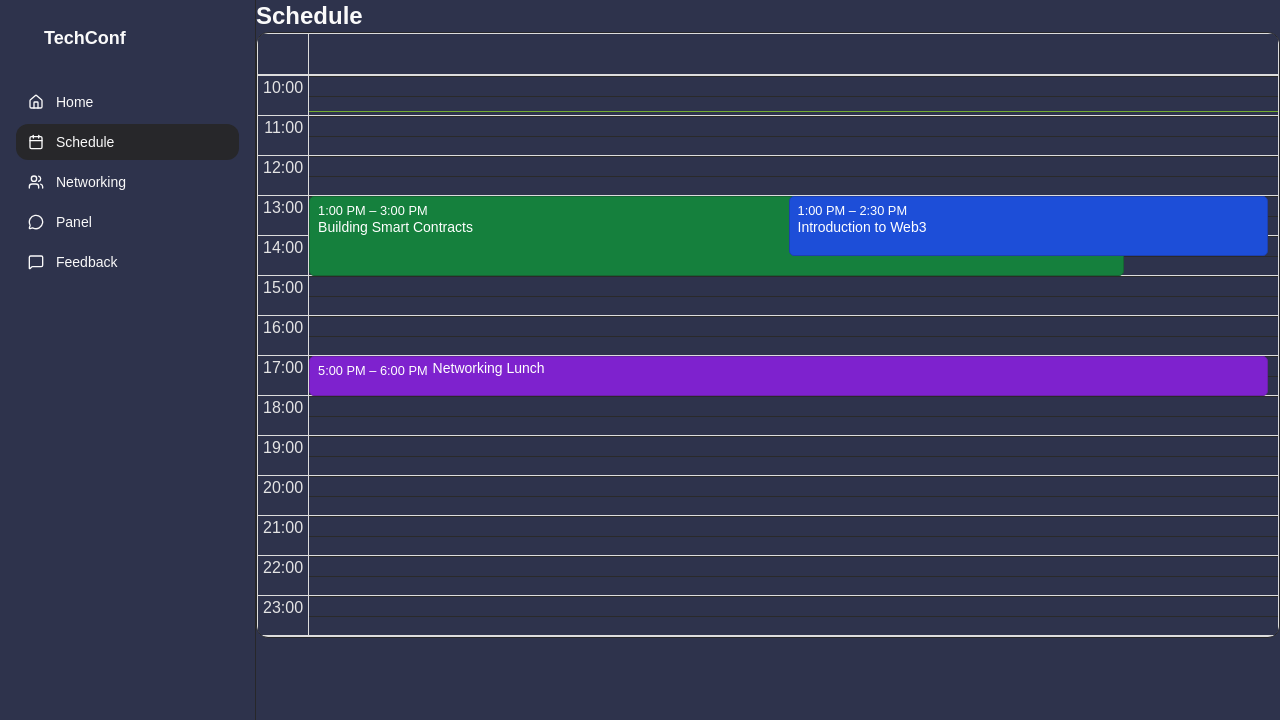
Repository: mrnavdal/symposium-2024
Page: /schedule (app in symposium24/)
The author's editor kept a copy of each file at every save. The page is drawn from the files as they stood at one save, then again after the next save.
The browser window is 1280 px wide. The pictures show the whole page.
The project was rebuilt for these pictures with package versions that can differ from the ones it lists, and the page was loaded fresh each time. The framework's server and built-in components were replaced by stand-ins that run in the browser. Also part of the build but not shown: symposium24/next.config.ts.

Above is the page before, as saved 2024-11-08 15:06:09.

After the next save:
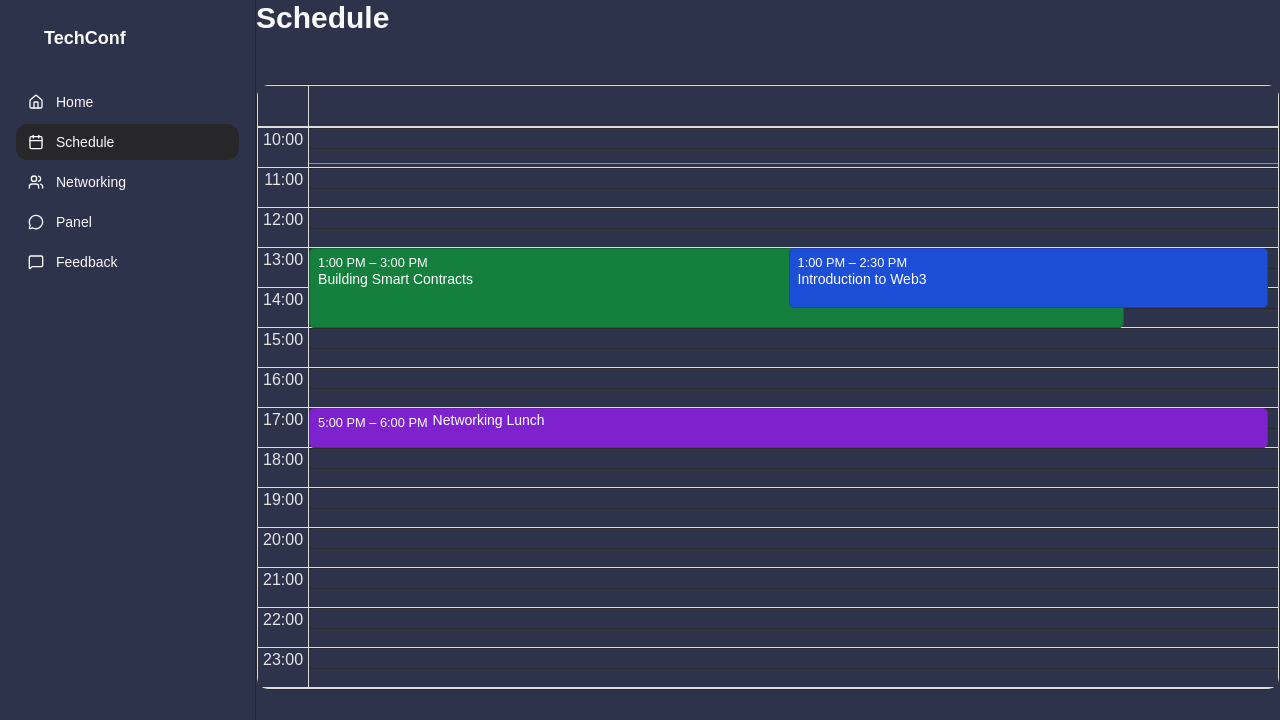
Saved 49 s later.
--- a/symposium24/src/app/schedule/page.tsx
+++ b/symposium24/src/app/schedule/page.tsx
@@ -6,9 +6,12 @@ export default function SchedulePage() {
   return (
     <PageTransition>
         <div className="flex flex-col gap-4">
-            <h1 className="text-2xl font-semibold text-foreground">Schedule</h1></div>
-          <div className="h-full rounded-lg overflow-hidden border bg-card/50">
-            <Calendar events={events} />
+            <div className="flex flex-col gap-4">
+                <h1 className="text-3xl font-bold mb-8">Schedule</h1>
+                <div className="h-full rounded-lg overflow-hidden border bg-card/50">
+                    <Calendar events={events} />
+                </div>
+            </div>
         </div>
 
     </PageTransition>
